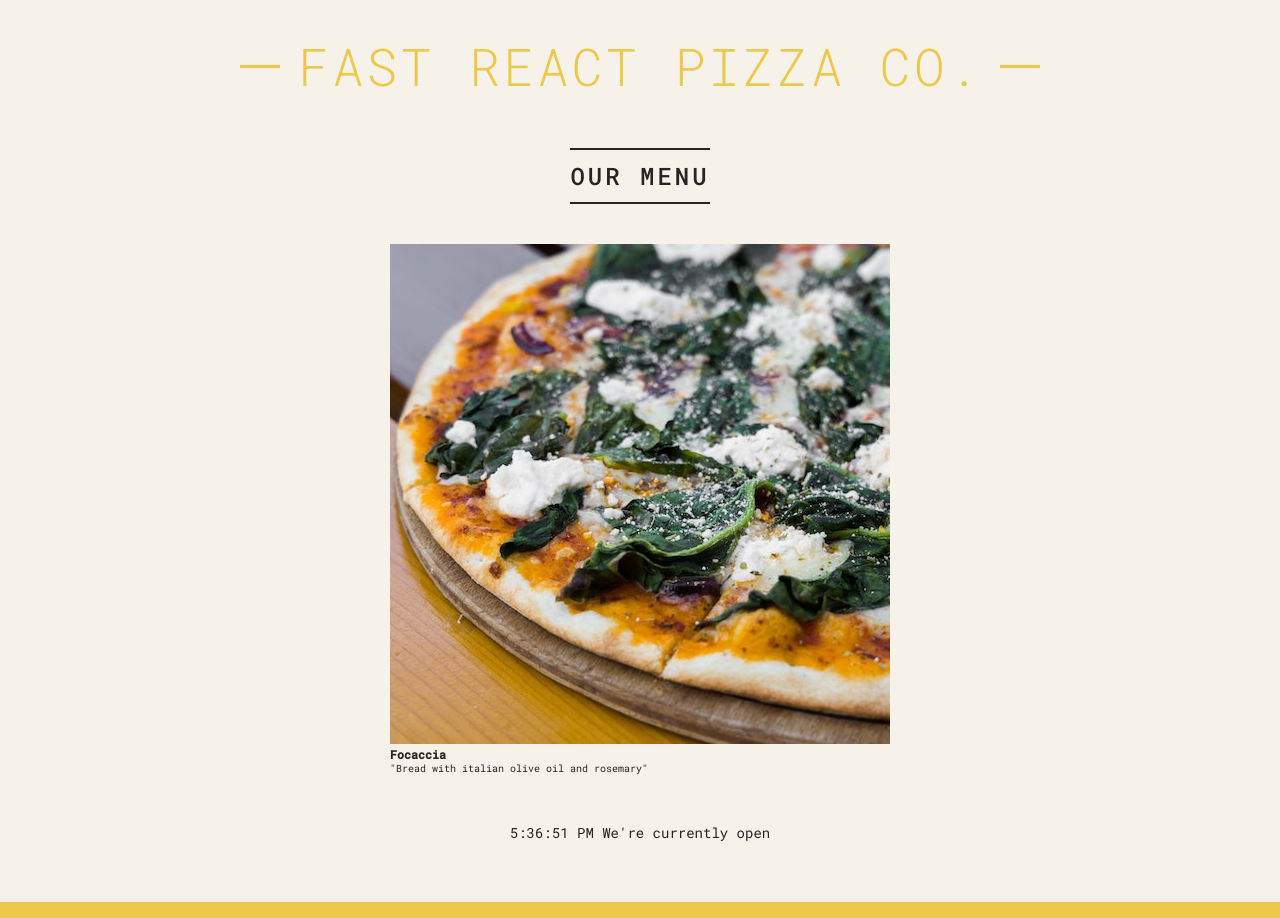
Repository: ahmedharidy/First-React-App
Page: /
These files come from the project's save history. The page is drawn as it stood at one moment and after the next save; the edit follows.
The browser window is 1280 px wide. The pictures show the whole page.
The project was rebuilt for these pictures with package versions that can differ from the ones it lists, and the page was loaded fresh each time.

Above is the page before, as saved 2026-09-22 11:03:45.

### src/index.js
import React from "react";
import ReactDOM from "react-dom/client";
import "./index.css";

const pizzaData = [
  {
    name: "Focaccia",
    ingredients: "Bread with italian olive oil and rosemary",
    price: 6,
    photoName: "pizzas/focaccia.jpg",
    soldOut: false,
  },
  {
    name: "Pizza Margherita",
    ingredients: "Tomato and mozarella",
    price: 10,
    photoName: "pizzas/margherita.jpg",
    soldOut: false,
  },
  {
    name: "Pizza Spinaci",
    ingredients: "Tomato, mozarella, spinach, and ricotta cheese",
    price: 12,
    photoName: "pizzas/spinaci.jpg",
    soldOut: false,
  },
  {
    name: "Pizza Funghi",
    ingredients: "Tomato, mozarella, mushrooms, and onion",
    price: 12,
    photoName: "pizzas/funghi.jpg",
    soldOut: false,
  },
  {
    name: "Pizza Salamino",
    ingredients: "Tomato, mozarella, and pepperoni",
    price: 15,
    photoName: "pizzas/salamino.jpg",
    soldOut: true,
  },
  {
    name: "Pizza Prosciutto",
    ingredients: "Tomato, mozarella, ham, aragula, and burrata cheese",
    price: 18,
    photoName: "pizzas/prosciutto.jpg",
    soldOut: false,
  },
];
function App() {
  return (
    <div className="container">
      <Header />
      <Menu />
      <Footer />
    </div>
  );
}

function Header() {
  //   const style = { color: "red", fontSize: "48px", textTransform: "uppercase" };
  const style = {};
  return (
    <header className="header">
      <h1 style={style}>Fast react pizza co.</h1>
    </header>
  );
}
function Menu() {
  return (
    <main className="menu">
      <h2>Our menu</h2>
      <Pizza
        name="pizza spinaci"
        ingredient="Bread with italian olive oil and rosemary"
        photoName="pizzas/spinaci.jpg"
        price="10"
      />
    </main>
  );
}

function Pizza(props) {
  console.log(props);
  return (
    <div>
      <img src="pizzas/spinaci.jpg" alt="alt"></img>
      <h3>Focaccia</h3>
      <p>"Bread with italian olive oil and rosemary"</p>
    </div>
  );
}

function Footer() {
  const hour = new Date().getHours();
  const openHour = 12;
  const closeHour = 22;
  const isOpen = hour >= openHour && hour <= closeHour;

  //   if (hour >= openHour && hour <= closeHour) alert("were currently open!");
  //   else alert("sorry were closed");

  return (
    <footer className="footer">
      {new Date().toLocaleTimeString()} We're currently open
    </footer>
  );
  //   return React.createElement("footer", null, "we're currently open");
}

const root = ReactDOM.createRoot(document.getElementById("root"));

root.render(<App />);

Loaded but not shown: public/index.html (common file); src/index.css (common file)

After the next save:
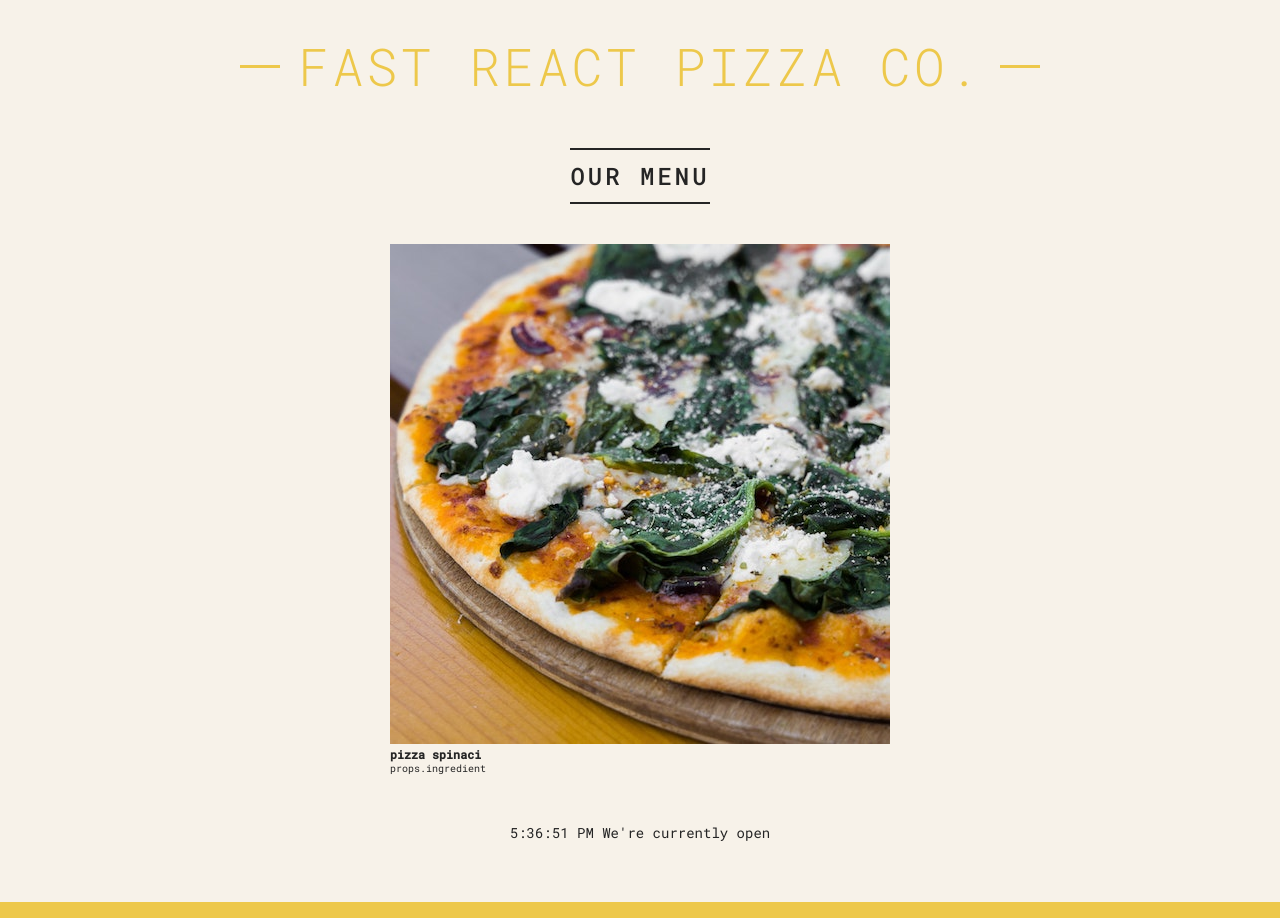
Saved 2 min 33 s later.
--- a/src/index.js
+++ b/src/index.js
@@ -83,9 +83,9 @@ function Pizza(props) {
   console.log(props);
   return (
     <div>
-      <img src="pizzas/spinaci.jpg" alt="alt"></img>
-      <h3>Focaccia</h3>
-      <p>"Bread with italian olive oil and rosemary"</p>
+      <img src={props.photoName} alt={props.name}></img>
+      <h3>{props.name}</h3>
+      <p>props.ingredient</p>
     </div>
   );
 }
